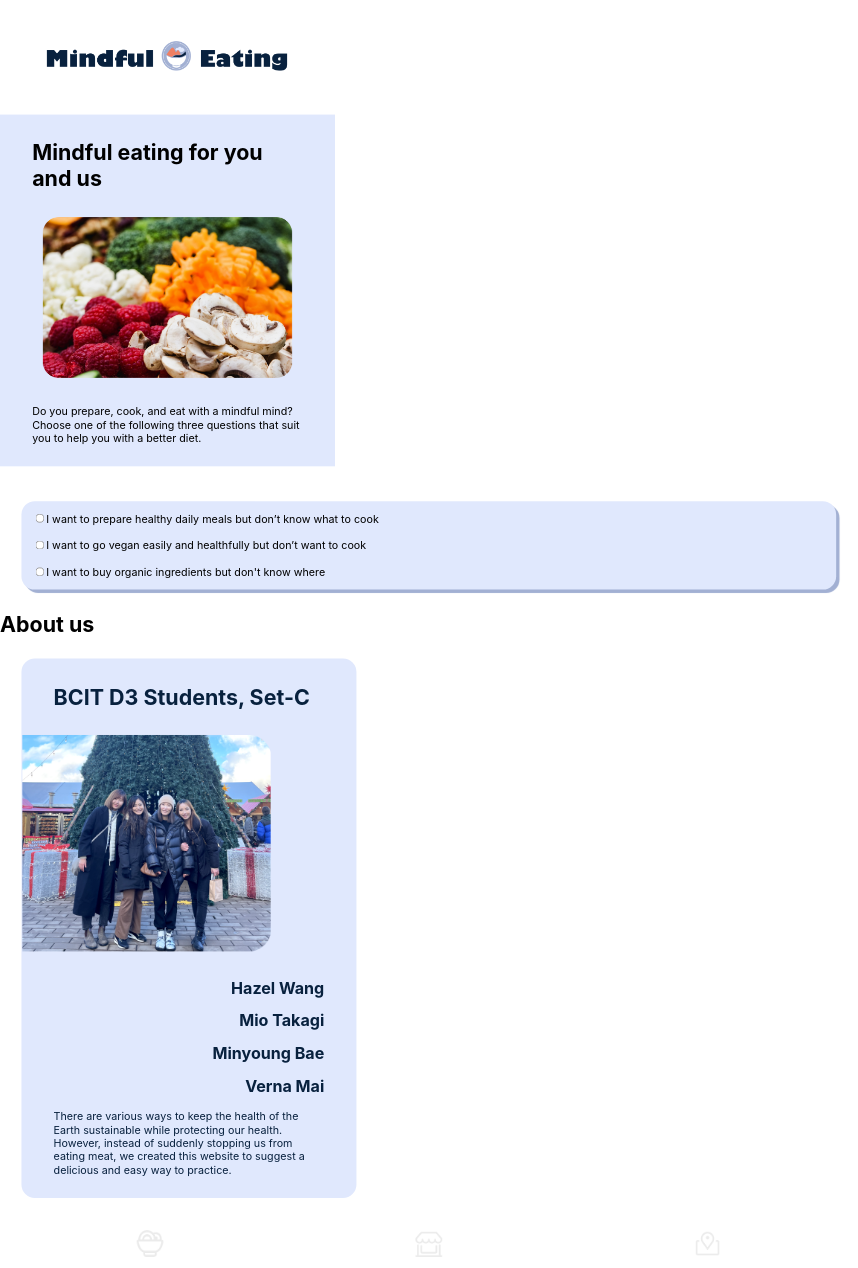
Repository: Kinakopan/design_mindfulEating_site
Page: / (app in firstapp/)
The author's editor kept a copy of each file at every save. The page is drawn from the files as they stood at one save, then again after the next save.
The browser window is 1280 px wide. The pictures show the whole page, at 67% of full size.
The project was rebuilt for these pictures with package versions that can differ from the ones it lists, and the page was loaded fresh each time. The framework's server and built-in components were replaced by stand-ins that run in the browser. Also part of the build but not shown: firstapp/next.config.js.

Above is the page before, as saved 2022-04-20 23:36:14.

After the next save:
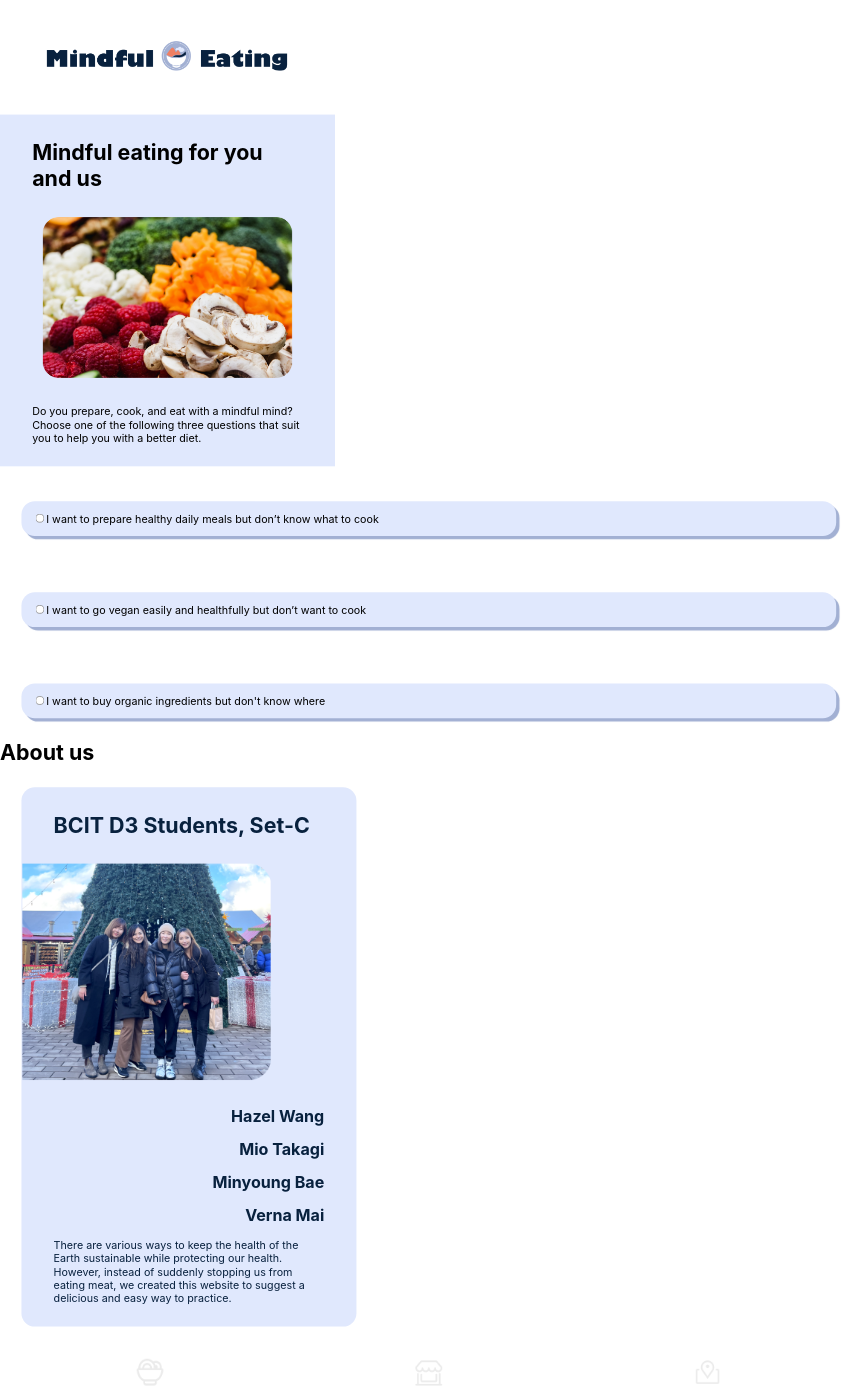
Saved 4 s later.
--- a/firstapp/comps/Questions.js
+++ b/firstapp/comps/Questions.js
@@ -24,27 +24,27 @@ export default function Questions({
 
 }){
 
-  return <Cont>
-    <div>
+  return <div>
+    <Cont>
     <input type="radio" id={id} name="radio button" value={txt}/>
     <label for={id}>{txt}</label>
-    </div>
+    </Cont>
 
 
     <br/>
 
-    <div>
+    <Cont>
     <input type="radio" id={id2} name="radio button" value={txt2}/>
     <label for={id2}>{txt2}</label>
-    </div>
+    </Cont>
 
     <br/>
 
-    <div>
+    <Cont>
     <input type="radio" id={id3} name="radio button" value={txt3}/>
     <label for={id3}>{txt3}</label>
-    </div>
+    </Cont>
 
 
-  </Cont>
+  </div>
 }
